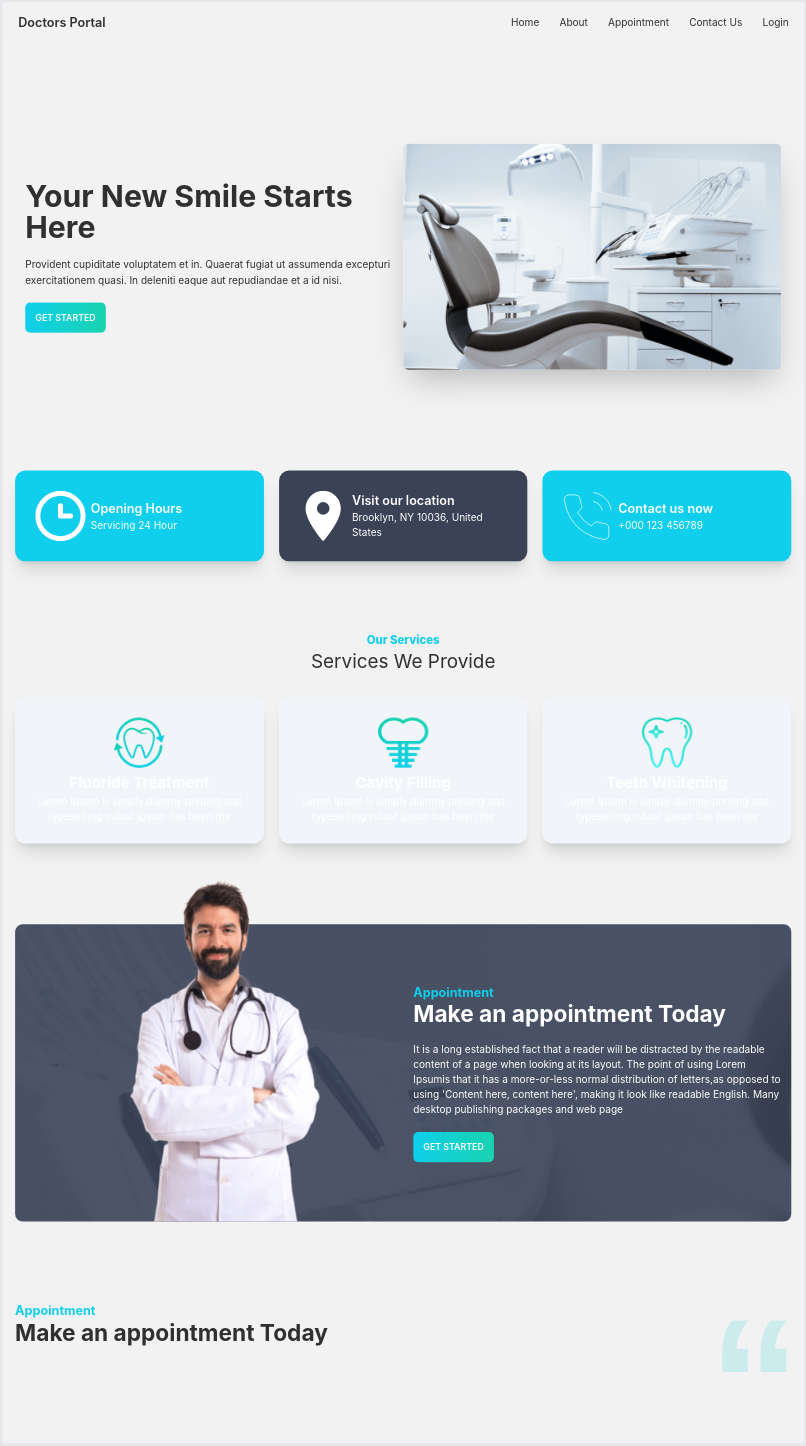
Repository: Samad77/Doctorportal-Client
Page: /
An editor plug-in stored every save of this project. The page is shown before and after the next save, followed by the edit.
The browser window is 1280 px wide. The pictures show the whole page, at 63% of full size.
The project was rebuilt for these pictures with package versions that can differ from the ones it lists, and the page was loaded fresh each time. Also part of the build but not shown: src/Pages/Login/Login.js.

Above is the page before, as saved 2022-11-12 18:56:54.

### src/App.js
import logo from './logo.svg';
import './App.css';
import {RouterProvider} from 'react-router-dom'
import router from './Layout/Routes/Routes';
import Cards from './Pages/Home/Cards/Cards';
function App() {
  return (
    <div className="App max-w-[1440px] mx-auto border-4">
      <RouterProvider router={router}>

      </RouterProvider>
    </div>
  );
}

export default App;

### src/Layout/Routes/Routes.js
import { createBrowserRouter } from "react-router-dom";
import Home from "../../Pages/Home/Home";
import Login from "../../Pages/Login/Login";
import Main from "../Main/Main";

const router = createBrowserRouter([
    {path : "/",
    element : <Main></Main>,
    children : [
        {path : '/', element : <Home></Home>,},
        {path: '/home', element : <Home></Home>},
        {path: '/login', element : <Login></Login>},
    ]
    }
])

export default router;

### src/Pages/Home/Cards/Cards.js
import React from 'react';
import img1 from '../../../assets/icons/clock.svg'
import img2 from '../../../assets/icons/marker.svg'
import img3 from '../../../assets/icons/phone.svg'
import img4 from '../../../assets/icons/quote.svg'

const Cards = () => {
    return (
        <section className='grid grid-cols-1 gap-6 md:grid-cols-2 lg:grid-cols-3 my-28'>
            <div className="card  bg-primary text-white shadow-xl">
                <div className="card-body flex flex-col items-center  lg:flex-row">
                    <div className=''>
                        <img src={img1} alt="" className='w-20 h-20'/>
                    </div>
                    <div className='text-left'>
                        <h2 className="card-title">Opening Hours</h2>
                        <p>Servicing 24 Hour</p>
                    </div>

                </div>
            </div>

            <div className="card  bg-neutral text-white shadow-xl">
                <div className="card-body flex flex-col items-center  lg:flex-row">
                    <div className=''>
                        <img src={img2} alt="" className='w-20 h-20'/>
                    </div>
                    <div className='text-left'>
                        <h2 className="card-title">Visit our location</h2>
                        <p>Brooklyn, NY 10036, United States</p>
                    </div>

                </div>
            </div>

            <div className="card  bg-primary text-white shadow-xl">
                <div className="card-body flex flex-col items-center  lg:flex-row">
                    <div className=''>
                        <img src={img3} alt="" className='w-20 h-20'/>
                    </div>
                    <div className='text-left'>
                        <h2 className="card-title">Contact us now</h2>
                        <p>+000 123 456789</p>
                    </div>

                </div>
            </div>
        </section>
    );
};

export default Cards;

### src/Pages/Home/Home.js
import React from 'react';
import Banner from './Banner/Banner';
import Cards from './Cards/Cards';
import MakeAppointment from './MakeAppointment/MakeAppointment';
import Services from './Services/Services';
import TestimonialArea from './TestimonialArea/TestimonialArea';

const Home = () => {
    return (
        <div className='mx-5'>
            <Banner></Banner>
            <Cards></Cards>
            <Services></Services>
            <MakeAppointment></MakeAppointment>
            <TestimonialArea></TestimonialArea>
        </div>
    );
};

export default Home;

### src/Layout/Main/Main.js
import React from 'react';
import Footer from '../../Pages/Shared/Footer/Footer';
import Navbar from '../../Pages/Shared/Navbar/Navbar';
import {Outlet} from 'react-router-dom'
const Main = () => {
    return (
        <div>
            <Navbar></Navbar>
                <Outlet></Outlet>
            <Footer></Footer>
        </div>
    );
};

export default Main;

### src/Pages/Home/Banner/Banner.js
import React from 'react';
import img1 from '../../../assets/images/chair.png'
import PrimaryButton from '../../../Components/PrimaryButton/PrimaryButton';
const Banner = () => {
    return (
        <div className="hero bg-base-100 my-36">
            <div className="hero-content flex-col lg:flex-row-reverse">
                <img src={img1} className=" rounded-lg shadow-2xl lg:w-1/2" />
                <div className='text-left'>
                <h1 className="text-5xl font-bold">Your New Smile Starts Here</h1>
                <p className="py-6">Provident cupiditate voluptatem et in. Quaerat fugiat ut assumenda excepturi exercitationem quasi. In deleniti eaque aut repudiandae et a id nisi.</p>
                <PrimaryButton>Get Started</PrimaryButton>
                </div>
            </div>
        </div>
    );
};

export default Banner;

### src/Pages/Home/MakeAppointment/MakeAppointment.js
import React from 'react';
import img1 from '../../../assets/images/appointment.png'
import doctor from '../../../assets/images/doctor.png'
import PrimaryButton from '../../../Components/PrimaryButton/PrimaryButton';

const MakeAppointment = () => {
    return (
        <div className="hero bg-base-100 my-32 text-white rounded-xl" style={{background : `url(${img1})`}}>
  <div className="hero-content flex-col lg:flex-row-reverse">
    <div className="text-center lg:text-left">
      <h1 className='text-primary text-xl font-bold' >Appointment</h1>
      <h1 className="text-4xl font-bold">Make an appointment Today</h1>
      <p className="py-6">It is a long established fact that a reader will be distracted by the readable content of a page when looking at its layout. The point of using Lorem Ipsumis that it has a more-or-less normal distribution of letters,as opposed to using 'Content here, content here', making it look like readable English. Many desktop publishing packages and web page</p>
      <PrimaryButton>Get Started</PrimaryButton>
    </div>
    <div className=" card hidden flex-shrink-0 w-1/2 -mt-36 -mb-4 lg:block">
       <img src={doctor} alt="" />
    </div>
  </div>
</div>
    );
};

export default MakeAppointment;

### src/Pages/Home/Services/Services.js
import React from 'react';
import img1 from '../../../assets/images/fluoride.png'
import img2 from '../../../assets/images/cavity.png'
import img3 from '../../../assets/images/whitening.png'
const Services = () => {
    const allServices = [
        {
            img : img1,
            name : "Fluoride Treatment",
            about : "Lorem Ipsum is simply dummy printing and typesetting indust Ipsum has been the"
        },
        {
            img : img2,
            name : "Cavity Filling",
            about : "Lorem Ipsum is simply dummy printing and typesetting indust Ipsum has been the"
        },
        {
            img : img3,
            name : "Teeth Whitening",
            about : "Lorem Ipsum is simply dummy printing and typesetting indust Ipsum has been the"
        },
    ]
    return (

        <section>

            <div className=''>
                <h1 className='text-primary text-lg font-extrabold'>Our Services</h1>
                <p className='text-3xl'>Services We Provide</p>
            </div>

            <div className='grid grid-cols-1 gap-6 my-10 md:grid-cols-2 lg:grid-cols-3'>

            {
                allServices.map( service => <Service key={service.name} service={service}></Service>)
            }
            </div>
        </section>

    );
};

const Service = ({service}) => {
    return (
        <div className="card  bg-primary text-white shadow-xl bg-slate-100 text-black ">
            <div className="card-body flex flex-col items-center  ">
                <div className=''>
                    <img src={service.img} alt="" className='w-20 h-20'/>
                </div>
                <div className=''>
                    <h2 className="text-2xl font-bold">{service.name}</h2>
                    <p>{service.about}</p>
                </div>
            </div>
        </div>


    )
}
export default Services;

### src/Pages/Home/TestimonialArea/TestimonialArea.js
import React from 'react';
import comma from '../../../assets/icons/quote.svg'
const TestimonialArea = () => {
    return (
        <div className='my-24 flex'>
            <div className='text-left justify-between w-full'>
                <h1 className='text-primary text-xl font-bold' >Appointment</h1>
                <h1 className="text-4xl font-bold">Make an appointment Today</h1>
            </div>
            <div>
                <img src={comma} alt="" className='w-32 h-32' />
            </div>
        </div>
    );
};

export default TestimonialArea;

### src/Pages/Shared/Navbar/Navbar.js
import React from 'react';
import {Link} from 'react-router-dom'
const Navbar = () => {

    const menuItems =

    <React.Fragment>
        <li><Link to="/home">Home</Link></li>
        <li><Link to="/about">About</Link></li>
        <li><Link to="/appointment">Appointment</Link></li>
        <li><Link to="/contact">Contact Us</Link></li>
        <li><Link to="/login">Login</Link></li>
    </React.Fragment>

    return (
        <div className="navbar bg-base-100 flex justify-between">
  <div className="navbar-start">
    <div className="dropdown">
      <label tabIndex={0} className="btn btn-ghost lg:hidden">
        <svg xmlns="http://www.w3.org/2000/svg" className="h-5 w-5" fill="none" viewBox="0 0 24 24" stroke="currentColor"><path strokeLinecap="round" strokeLinejoin="round" strokeWidth="2" d="M4 6h16M4 12h8m-8 6h16" /></svg>
      </label>
      <ul tabIndex={0} className="menu menu-compact dropdown-content mt-3 p-2 shadow rounded-box w-52">
            {menuItems}
      </ul>
    </div>
    <Link to='/' className="btn btn-ghost normal-case text-xl">Doctors Portal</Link>
  </div>
  <div className="navbar-center hidden lg:flex">
    <ul className="menu menu-horizontal p-0">
        {menuItems}
    </ul>
  </div>

</div>
    );
};

export default Navbar;

### src/Components/PrimaryButton/PrimaryButton.js
import React from 'react';

const PrimaryButton = ({children}) => {
    return (
        <button className="btn btn-primary border-0 bg-gradient-to-r from-primary to-secondary text-white">{children}</button>
    );
};

export default PrimaryButton;

### tailwind.config.js
/** @type {import('tailwindcss').Config} */
module.exports = {
  content: ["./src/**/*.{js,jsx,ts,tsx}"],
  theme: {
    extend: {},
  },
  daisyui : {
    themes : [

    {
      doctorThemes: {

primary: "#0FCFEC",

secondary: "#19D3AE",

neutral: "#3A4256",

"base-100": "#F2F2F2",

      },
    },
  ]
  },
  plugins: [require("daisyui")],
}

Loaded but not shown: public/index.html (common file); src/index.js (common file); src/index.css (common file); src/reportWebVitals.js (common file); src/App.css (common file); src/Pages/Shared/Footer/Footer.js (common file)

After the next save:
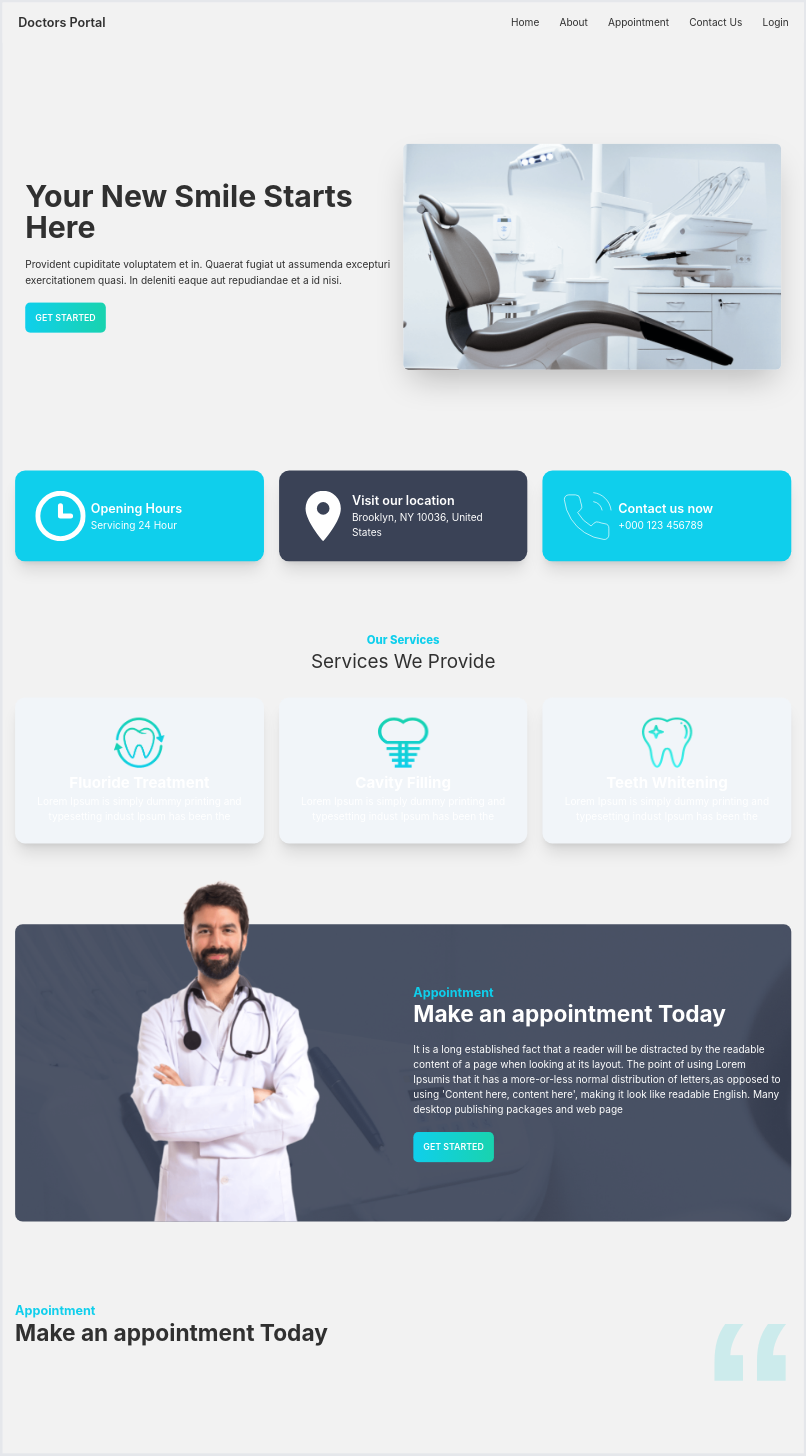
Saved 19 s later.
--- a/src/Pages/Home/TestimonialArea/TestimonialArea.js
+++ b/src/Pages/Home/TestimonialArea/TestimonialArea.js
@@ -8,7 +8,7 @@ const TestimonialArea = () => {
                 <h1 className="text-4xl font-bold">Make an appointment Today</h1>
             </div>
             <div>
-                <img src={comma} alt="" className='w-32 h-32' />
+                <img src={comma} alt="" className='w-36 h-36' />
             </div>
         </div>
     );
